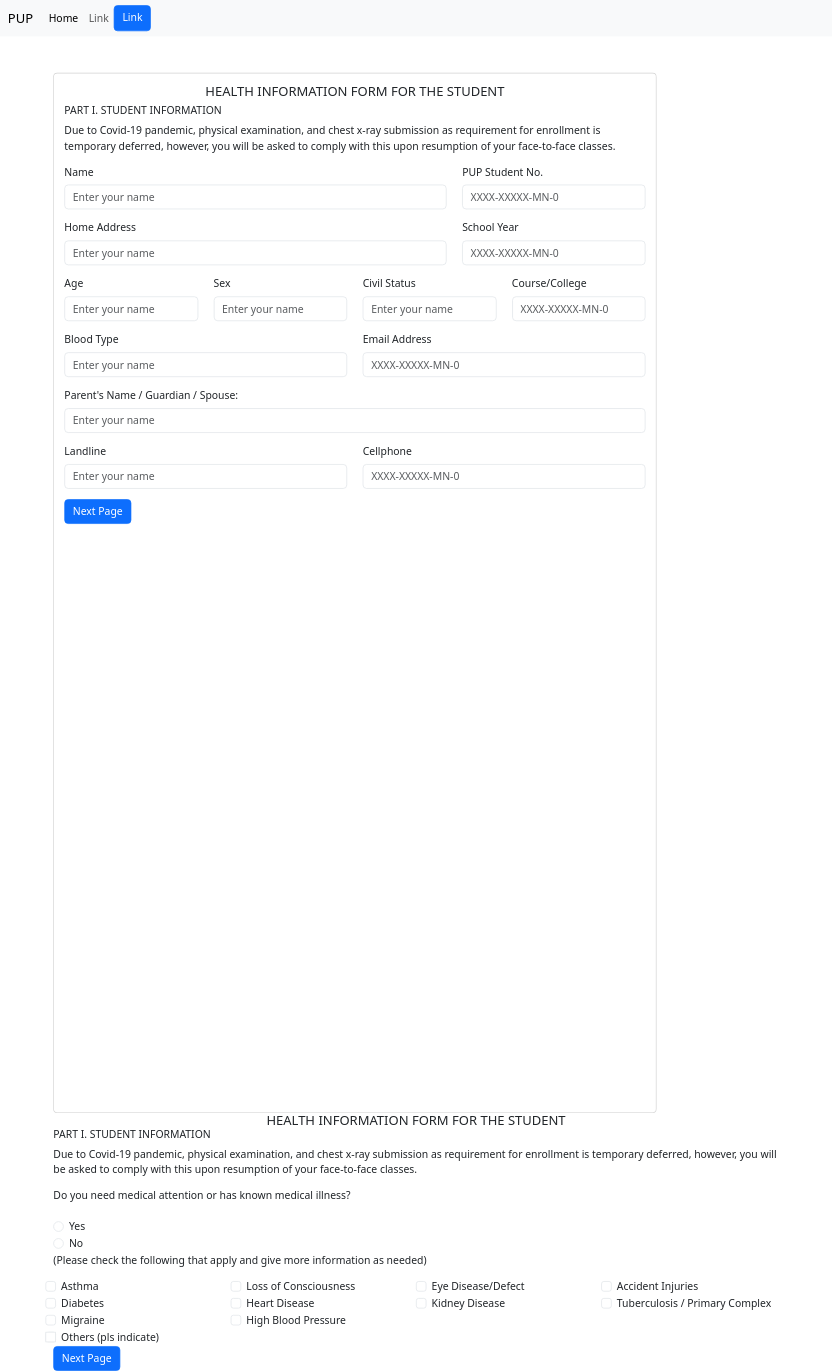
Repository: Nicktacku/webdev
Page: form.html
These files come from the project's save history. The page is drawn as it stood at one moment and after the next save; the edit follows.
The browser window is 1280 px wide. The pictures show the whole page, at 65% of full size.

Above is the page before, as saved 2024-07-15 18:39:14.

### form.html
<!DOCTYPE html>
<html lang="en">
  <head>
    <meta charset="UTF-8" />
    <meta name="viewport" content="width=device-width, initial-scale=1.0" />
    <title>Document</title>
    <link
      href="https://cdn.jsdelivr.net/npm/bootstrap@5.3.3/dist/css/bootstrap.min.css"
      rel="stylesheet"
      integrity="sha384-QWTKZyjpPEjISv5WaRU9OFeRpok6YctnYmDr5pNlyT2bRjXh0JMhjY6hW+ALEwIH"
      crossorigin="anonymous"
    />
  </head>
  <body>
    <!-- Navbar -->
    <nav class="navbar navbar-expand-lg bg-body-tertiary">
        <div class="container-fluid">
          <a class="navbar-brand" href="#">PUP</a>
          <button
            class="navbar-toggler"
            type="button"
            data-bs-toggle="collapse"
            data-bs-target="#navbarSupportedContent"
            aria-controls="navbarSupportedContent"
            aria-expanded="false"
            aria-label="Toggle navigation"
          >
            <span class="navbar-toggler-icon"></span>
          </button>
          <div class="collapse navbar-collapse" id="navbarSupportedContent">
            <ul class="navbar-nav me-auto mb-2 mb-lg-0">
              <li class="nav-item">
                <a class="nav-link active" aria-current="page" href="#">Home</a>
              </li>
              <li class="nav-item">
                <a class="nav-link" href="#">Link</a>
              </li>

              <a class="btn btn-primary" href="form.html" role="button">Link</a>
          </div>
        </div>
      </nav>

    <div
      class="container mt-2 pt-5"
    >


    <div class="card" style="width: 58rem; height: 100rem">

        <!-- section 1 -->
        <div class="card-body" id="section-1">
          <h5 class="card-title d-flex justify-content-center">HEALTH INFORMATION FORM FOR THE STUDENT</h5>
          <h6 class="card-text">PART I. STUDENT INFORMATION</h6>
          <p class="card-text">Due to Covid-19 pandemic, physical examination, and chest x-ray submission as requirement for enrollment is
            temporary deferred, however, you will be asked to comply with this upon resumption of your face-to-face classes.</p>

            <div class="row">
                <div class="col-8">
                    <div class="mb-3">
                        <label for="name" class="form-label">Name</label>
                        <input type="text" class="form-control" id="name-input" placeholder="Enter your name">
                      </div>
                </div>
                <div class="col">
                    <div class="mb-3">
                        <label for="name" class="form-label">PUP Student No.</label>
                        <input type="text" class="form-control" id="name-input" placeholder="XXXX-XXXXX-MN-0">
                      </div>
                </div>
            </div>

            <div class="row">
                <div class="col-8">
                    <div class="mb-3">
                        <label for="name" class="form-label">Home Address</label>
                        <input type="text" class="form-control" id="name-input" placeholder="Enter your name">
                      </div>
                </div>
                <div class="col">
                    <div class="mb-3">
                        <label for="name" class="form-label">School Year</label>
                        <input type="text" class="form-control" id="name-input" placeholder="XXXX-XXXXX-MN-0">
                      </div>
                </div>
            </div>

            <div class="row">
                <div class="col-3">
                    <div class="mb-3">
                        <label for="name" class="form-label">Age</label>
                        <input type="text" class="form-control" id="name-input" placeholder="Enter your name">
                      </div>
                </div>
                <div class="col-3">
                    <div class="mb-3">
                        <label for="name" class="form-label">Sex</label>
                        <input type="text" class="form-control" id="name-input" placeholder="Enter your name">
                      </div>
                </div>
                <div class="col-3">
                    <div class="mb-3">
                        <label for="name" class="form-label">Civil Status</label>
                        <input type="text" class="form-control" id="name-input" placeholder="Enter your name">
                      </div>
                </div>
                <div class="col">
                    <div class="mb-3">
                        <label for="name" class="form-label">Course/College</label>
                        <input type="text" class="form-control" id="name-input" placeholder="XXXX-XXXXX-MN-0">
                      </div>
                </div>
            </div>

            <div class="row">
                <div class="col-6">
                    <div class="mb-3">
                        <label for="name" class="form-label">Blood Type</label>
                        <input type="text" class="form-control" id="name-input" placeholder="Enter your name">
                      </div>
                </div>
                <div class="col">
                    <div class="mb-3">
                        <label for="name" class="form-label">Email Address</label>
                        <input type="text" class="form-control" id="name-input" placeholder="XXXX-XXXXX-MN-0">
                      </div>
                </div>
            </div>

            <div class="row">
                <div class="col">
                    <div class="mb-3">
                        <label for="name" class="form-label">Parent's Name / Guardian / Spouse:</label>
                        <input type="text" class="form-control" id="name-input" placeholder="Enter your name">
                      </div>
                </div>
            </div>

            <div class="row">
                <div class="col-6">
                    <div class="mb-3">
                        <label for="name" class="form-label">Landline</label>
                        <input type="text" class="form-control" id="name-input" placeholder="Enter your name">
                      </div>
                </div>
                <div class="col">
                    <div class="mb-3">
                        <label for="name" class="form-label">Cellphone</label>
                        <input type="text" class="form-control" id="name-input" placeholder="XXXX-XXXXX-MN-0">
                      </div>
                </div>
            </div>

          <a href="#" class="btn btn-primary">Next Page</a>
        </div>
      </div>

      <!-- Section 2 -->
      <div class="card-body" id="section-2">
        <h5 class="card-title d-flex justify-content-center">HEALTH INFORMATION FORM FOR THE STUDENT</h5>
        <h6 class="card-text">PART I. STUDENT INFORMATION</h6>
        <p class="card-text">Due to Covid-19 pandemic, physical examination, and chest x-ray submission as requirement for enrollment is
          temporary deferred, however, you will be asked to comply with this upon resumption of your face-to-face classes.</p>

          <div class="row">
            <div class="col">
                <div class="mb-3">
                    <label for="name" class="form-label">Do you need medical attention or has known medical illness?</label>
                </div>
                <div class="form-check">
                    <input class="form-check-input" type="radio" name="flexRadioDefault" id="flexRadioDefault1">
                    <label class="form-check-label" for="flexRadioDefault1">
                      Yes
                    </label>
                  </div>
                  <div class="form-check">
                    <input class="form-check-input" type="radio" name="flexRadioDefault" id="flexRadioDefault2">
                    <label class="form-check-label" for="flexRadioDefault2">
                      No
                    </label>
                  </div>

                  <div class="row">
                    <p class="col-12">(Please check the following that apply and give more information as needed)</p>
                    <div class="form-check col-3">
                        <input class="form-check-input" type="checkbox" value="" id="flexCheckDefault">
                        <label class="form-check-label" for="flexCheckDefault">
                          Asthma
                    </label>
                    </div>
                    <div class="form-check col-3">
                        <input class="form-check-input" type="checkbox" value="" id="flexCheckDefault">
                        <label class="form-check-label" for="flexCheckDefault">
                            Loss of Consciousness
                    </label>
                    </div>
                    <div class="form-check col-3">
                        <input class="form-check-input" type="checkbox" value="" id="flexCheckDefault">
                        <label class="form-check-label" for="flexCheckDefault">
                            Eye Disease/Defect
                    </label>
                    </div>
                    <div class="form-check col-3">
                        <input class="form-check-input" type="checkbox" value="" id="flexCheckDefault">
                        <label class="form-check-label" for="flexCheckDefault">
                            Accident Injuries
                    </label>
                    </div>
                    <div class="form-check col-3">
                        <input class="form-check-input" type="checkbox" value="" id="flexCheckDefault">
                        <label class="form-check-label" for="flexCheckDefault">
                            Diabetes
                    </label>
                    </div>
                    <div class="form-check col-3">
                        <input class="form-check-input" type="checkbox" value="" id="flexCheckDefault">
                        <label class="form-check-label" for="flexCheckDefault">
                            Heart Disease
                    </label>
                    </div>
                    <div class="form-check col-3">
                        <input class="form-check-input" type="checkbox" value="" id="flexCheckDefault">
                        <label class="form-check-label" for="flexCheckDefault">
                            Kidney Disease
                    </label>
                    </div>
                    <div class="form-check col-3">
                        <input class="form-check-input" type="checkbox" value="" id="flexCheckDefault">
                        <label class="form-check-label" for="flexCheckDefault">
                            Tuberculosis / Primary Complex
                    </label>
                    </div>
                    <div class="form-check col-3">
                        <input class="form-check-input" type="checkbox" value="" id="flexCheckDefault">
                        <label class="form-check-label" for="flexCheckDefault">
                            Migraine
                    </label>
                    </div>
                    <div class="form-check col-3">
                        <input class="form-check-input" type="checkbox" value="" id="flexCheckDefault">
                        <label class="form-check-label" for="flexCheckDefault">
                            High Blood Pressure
                    </label>
                    </div>
                    <div class="form-check col-12">
                        <input class="form-check-input" type="checkbox" value="" id="flexCheckDefault">
                        <label class="form-check-label" for="flexCheckDefault">
                            Others (pls indicate)
                        </label>
                        <input class="form-check-input" type="text" value="" id="flexCheckDefault">
                    </div>
                  </div>
            </div>
          </div>

        <a href="#" class="btn btn-primary">Next Page</a>
      </div>
    </div>


    <script
      src="https://cdn.jsdelivr.net/npm/bootstrap@5.3.3/dist/js/bootstrap.bundle.min.js"
      integrity="sha384-YvpcrYf0tY3lHB60NNkmXc5s9fDVZLESaAA55NDzOxhy9GkcIdslK1eN7N6jIeHz"
      crossorigin="anonymous"
    ></script>
  </body>
</html>

After the next save:
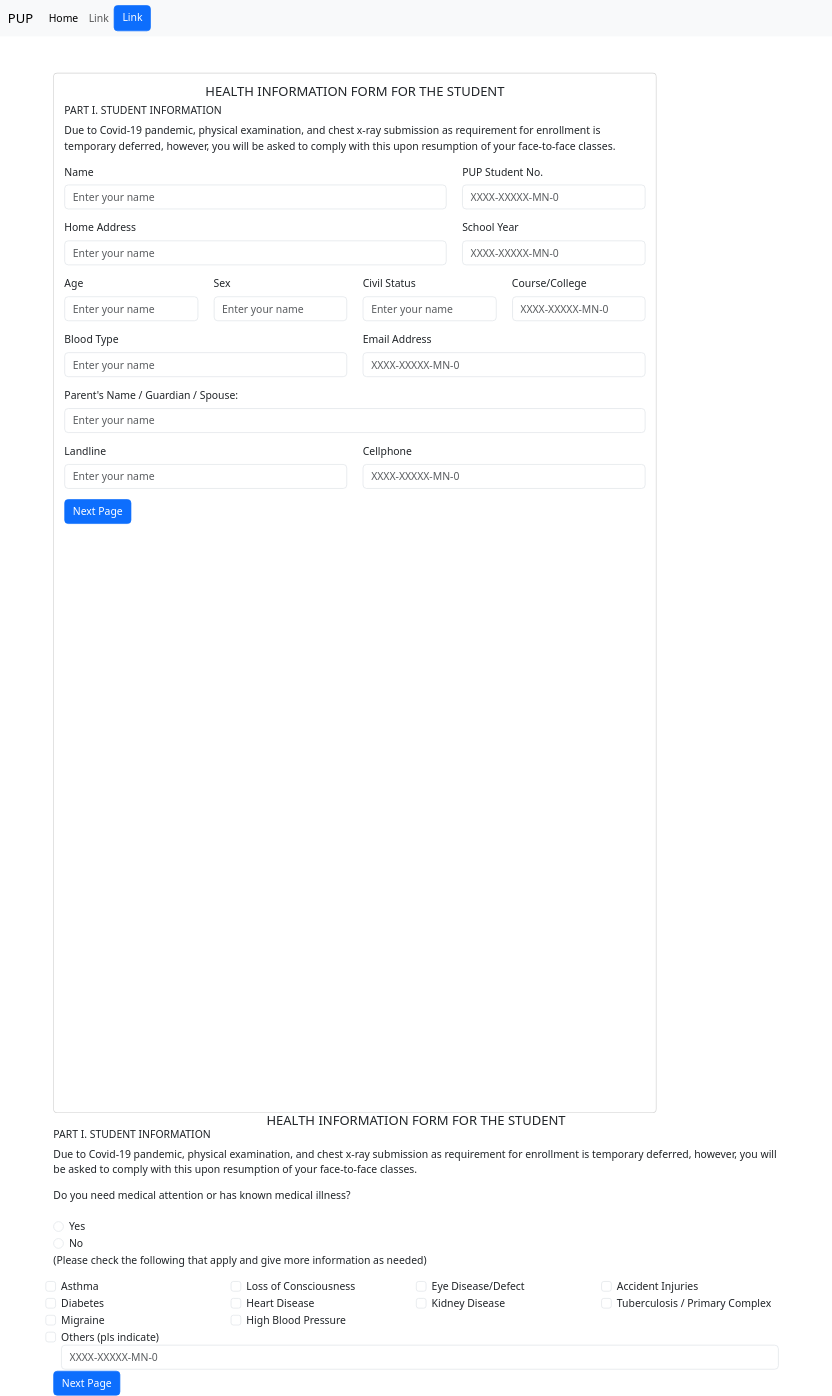
Saved 81 s later.
--- a/form.html
+++ b/form.html
@@ -247,7 +247,7 @@
                         <label class="form-check-label" for="flexCheckDefault">
                             Others (pls indicate)
                         </label>
-                        <input class="form-check-input" type="text" value="" id="flexCheckDefault">
+                        <input type="text" class="form-control" id="name-input" placeholder="XXXX-XXXXX-MN-0">
                     </div>
                   </div>
             </div>
